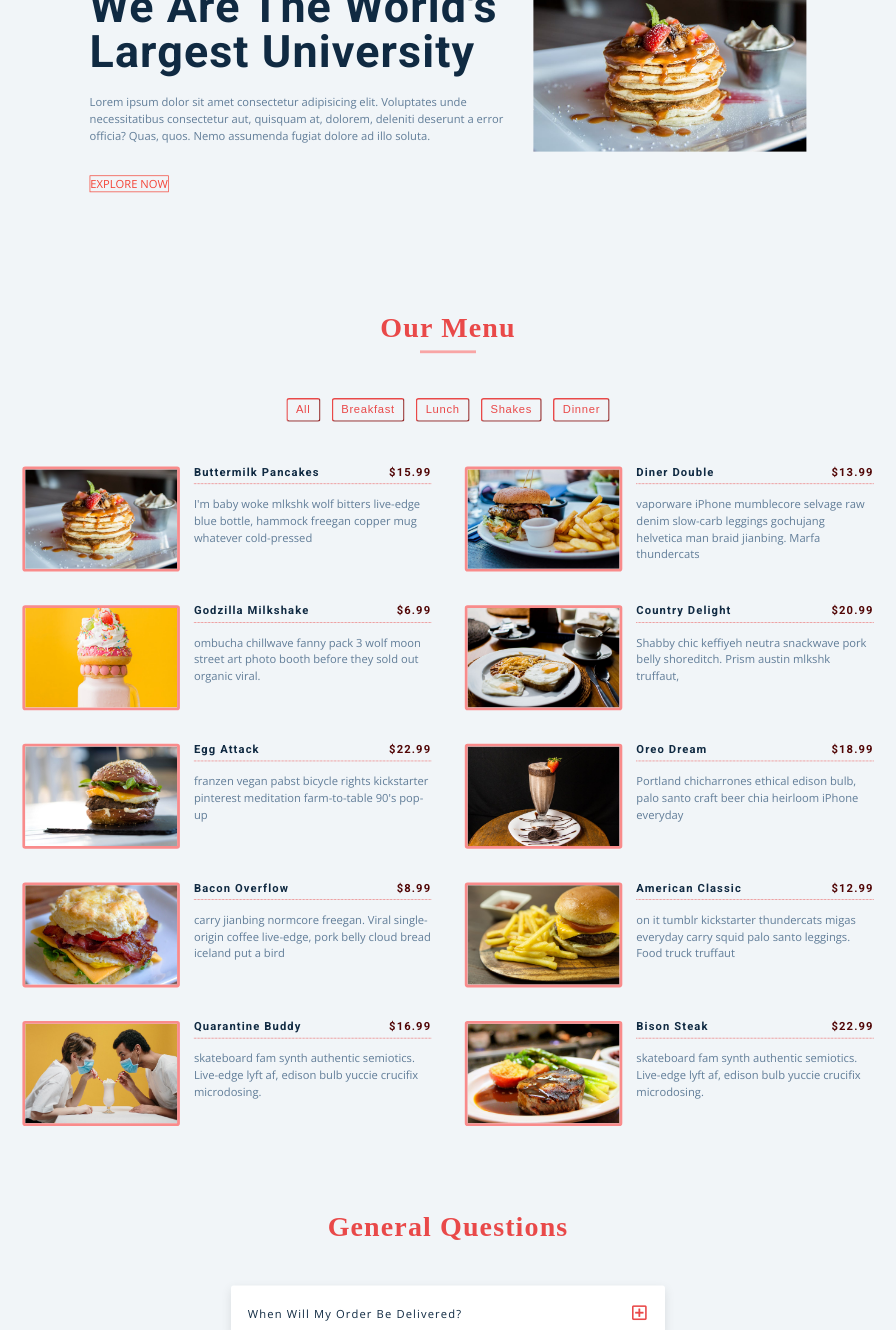
Repository: xoshiraghavx/Food-you
Page: index.html
An editor plug-in stored every save of this project. The page is shown before and after the next save, followed by the edit.
The browser window is 1280 px wide. The pictures show the part of the page from y = 822 to 2722 px (the page is 3231 px tall), at 70% of full size.
Some web libraries are served in a nearby version.

Above is the page before, as saved 2022-12-03 09:15:30.

### index.html
<!DOCTYPE html>
<html lang="en">
  <head>
    <meta charset="UTF-8" />
    <meta name="viewport" content="width=device-width, initial-scale=1.0" />
    <title>interior design</title>
    <!-- font-awesome -->
    <link
      rel="stylesheet"
      href="https://cdnjs.cloudflare.com/ajax/libs/font-awesome/5.14.0/css/all.min.css"
    />

    <!-- styles -->
    <link rel="stylesheet" href="styles.css" />
  </head>
  <body>
<nav>
  <div class="nav-center">
    <div class="nav-header">
      <div class="logo-div">
      <img src="./img/logo.png" alt="logo" class="logo">
      <div class="logo-name">
      <p><span id="color"><b>FOOD </b><br><i>& you</i></span></p>
    </div>
    </div>
      <button class="nav-toggle">
        <i class="fas fa-bars"></i>
      </button>
    </div>
    <!-- links -->
    <!-- <ul class="links">

      <li>
        <a href="index.html">home</a>
      </li>
      <li>
    </ul> -->
    <!-- social media -->
    <ul class="social-icons">
      <li>
        <a href="https://www.facebook.com">
          <i class="fab fa-facebook"></i>
        </a>
      </li>
      <li>
        <a href="https://www.twitter.com">
          <i class="fab fa-twitter"></i>
        </a>
      </li>
      <li>
        <a href="https://www.instagram.com">
          <i class="fab fa-instagram"></i>
        </a>
      </li>
      <li>
        <a href="https://www.linkedin.com">
          <i class="fab fa-linkedin"></i>
        </a>
      </li>
      <li>
        <a href="https://www.twitter.com">
          <i class="fab fa-sketch"></i>
        </a>
      </li>
    </ul>
  </div>
</nav>
<header class="hero">
  <div class="banner">
    <h2>Looking for some food!</h2>
    <button class="btn modal-btn">Order Now</button>
  </div>
</header>
<div class="modal-overlay">
  <div class="modal-container">
    <br>
    <h3>Title</h3>
    <p>Lorem ipsum dolor sit amet consectetur adipisicing elit. Illo deleniti eum mollitia distinctio! Nesciunt dolor minima animi esse officia! Recusandae? Lorem ipsum dolor sit amet consectetur, adipisicing elit. Aspernatur, hic.</p>
    <button class="close-btn">
      <i class="fas fa-times"> </i>
    </button>
  </div>
</div>
    <!-- -------about us content---------->
    <section class="about-us">
      <div class="row">
          <div class="about-col">
              <h1>We are the world's largest university</h1>
              <p>Lorem ipsum dolor sit amet consectetur adipisicing elit. Voluptates unde necessitatibus consectetur aut, quisquam at, dolorem, deleniti deserunt a error officia? Quas, quos. Nemo assumenda fugiat dolore ad illo soluta.</p>
              <a href="" class="hero-btn red-btn">EXPLORE NOW</a>
          </div>
          <div class="about-col">
              <img src="./img/item-1.jpeg" alt="">
          </div>
      </div>
  </section>
<section class="menu">
  <div class="title">
    <h2>Our Menu</h2>
    <div class="underline"></div>
  </div>
  <div class="btn-container">
    <!-- <button class="filter-btn" type="button" data-id="all">all</button>
    <button class="filter-btn" type="button"data-id="breakfast">breakfast</button>
    <button class="filter-btn" type="button" data-id="lunch">lunch</button>
    <button class="filter-btn" type="button" data-id="shakes">shakes</button> -->
  </div>
    <div class="section-center">
      <!-- <article class="menu-item">
        <img src="./menu-item.jpeg" class="photo" alt="menu item">
        <div class="item-info">
          <header>
            <h4>buttermilk pancakes</h4>
            <h4 class="price">Rs 600/-</h4>
          </header>
          <p class="item-text">Lorem ipsum, dolor sit amet consectetur adipisicing elit. Dolore totam aliquid ut eius architecto magni cumque explicabo voluptate, repudiandae harum.</p>
        </div>
      </article> -->
    </div>
</section>
<section class="questions">
  <div class="title">
    <h2>general questions</h2>
  </div>
  <div class="question-center">
    <article class="question">
      <div class="question-title">
      <p>When will my order be delivered?</p>
      <button type="button" class="question-btn">
        <span class="plus-icon">
      <i class="far fa-plus-square"></i>
        </span>

        <span class="minus-icon">
      <i class="far fa-minus-square"></i>
        </span>

      </button>
    </div>
    <div class="question-text">
      <p>Estimated delivery are given against each products. While sincere efforts are being made to deliver the products within the given time frame factors like, availability, festive seasons, courier delays are bound to happen. These factors are constantly monitored to keep any inordinate delays under control.</p>
    </div>
    </article>
    <article class="question">
      <div class="question-title">
      <p>Do you offer Cash on Delivery?</p>
      <button type="button" class="question-btn">
        <span class="plus-icon">
      <i class="far fa-plus-square"></i>
        </span>

        <span class="minus-icon">
      <i class="far fa-minus-square"></i>
        </span>

      </button>
    </div>
    <div class="question-text">
      <p>Yes. We offer Cash on Delivery which most of the other websites don't offer.</p>
    </div>
    </article>
    <article class="question">
      <div class="question-title">
      <p>do you use organic indegridents?</p>
      <button type="button" class="question-btn">
        <span class="plus-icon">
      <i class="far fa-plus-square"></i>
        </span>

        <span class="minus-icon">
      <i class="far fa-minus-square"></i>
        </span>

      </button>
    </div>
    <div class="question-text">
      <p>We deliver the products that are fresh and systems are kept in place to source the best products and safely consign them to you. We don't stock the products but place once we receive orders.</p>
    </div>
    </article>
  </div>
</section>
<!-- --------footer--------- -->
<section class="footer">
  <h4 id="color">Food & you</h4>
  <p>Fulfill your comfort food cravings here.</p>
  <ul class="icons">
    <li>
      <a href="https://www.facebook.com">
        <i class="fab fa-facebook"></i>
      </a>
    </li>
    <li>
      <a href="https://www.twitter.com">
        <i class="fab fa-twitter"></i>
      </a>
    </li>
    <li>
      <a href="https://www.instagram.com">
        <i class="fab fa-instagram"></i>
      </a>
    </li>
    <li>
      <a href="https://www.linkedin.com">
        <i class="fab fa-linkedin"></i>
      </a>
    </li>
  </ul>
  <p>Made by <b id="color">oshi Raghav</b></p>
</section>
<!-- javascript -->
    <script src="app.js"></script>
  </body>
</html>

### styles.css
/*
===============
Fonts
===============
*/
@import url('https://fonts.googleapis.com/css?family=Open+Sans|Roboto:400,700&display=swap');

/*
===============
Variables
===============
*/

:root {
  /* dark shades of primary color*/
  --clr-primary-1: hsl(0, 86%, 17%);
  --clr-primary-2: hsl(0, 77%, 27%);
  --clr-primary-3: hsl(0, 72%, 37%);
  --clr-primary-4: hsl(0, 63%, 48%);
  /* primary/main color */
  --clr-primary-5: hsl(0, 78%, 60%);
  /* lighter shades of primary color */
  --clr-primary-6: hsl(0, 90%, 70%);
  --clr-primary-7: hsl(0, 90%, 76%);
  --clr-primary-8: hsl(0, 86%, 81%);
  --clr-primary-9: hsl(0, 90%, 88%);
  --clr-primary-10: hsl(0, 100%, 96%);
  /* darkest grey - used for headings */
  --clr-grey-1: hsl(209, 61%, 16%);
  --clr-grey-2: hsl(211, 39%, 23%);
  --clr-grey-3: hsl(209, 34%, 30%);
  --clr-grey-4: hsl(209, 28%, 39%);
  /* grey used for paragraphs */
  --clr-grey-5: hsl(210, 22%, 49%);
  --clr-grey-6: hsl(209, 23%, 60%);
  --clr-grey-7: hsl(211, 27%, 70%);
  --clr-grey-8: hsl(210, 31%, 80%);
  --clr-grey-9: hsl(212, 33%, 89%);
  --clr-grey-10: hsl(210, 36%, 96%);
  --clr-white: #fff;
  --clr-red-dark: hsl(360, 67%, 44%);
  --clr-red-light: hsl(360, 71%, 66%);
  --clr-green-dark: hsl(125, 67%, 44%);
  --clr-green-light: hsl(125, 71%, 66%);
  --clr-black: #222;
  --ff-primary: 'Roboto', sans-serif;
  --ff-secondary: 'Open Sans', sans-serif;
  --transition: all 0.3s linear;
  --spacing: 0.1rem;
  --radius: 0.25rem;
  --light-shadow: 0 5px 15px rgba(0, 0, 0, 0.1);
  --dark-shadow: 0 5px 15px rgba(0, 0, 0, 0.2);
  --max-width: 1170px;
  --fixed-width: 620px;
}
/*
===============
Global Styles
===============
*/

*,
::after,
::before {
  margin: 0;
  padding: 0;
  box-sizing: border-box;
}
body {
  font-family: var(--ff-secondary);
  background: var(--clr-grey-10);
  color: var(--clr-grey-1);
  line-height: 1.5;
  font-size: 0.875rem;
}
ul {
  list-style-type: none;
}
a {
  text-decoration: none;
}
img:not(.logo) {
  width: 100%;
}
img {
  display: block;
}
h1,
h2,
h3,
h4 {
  letter-spacing: var(--spacing);
  text-transform: capitalize;
  line-height: 1.25;
  margin-bottom: 0.75rem;
  font-family: var(--ff-primary);
}
h1 {
  font-size: 3rem;
}
h2 {
  font-size: 2rem;
}
h3 {
  font-size: 1.25rem;
}
h4 {
  font-size: 0.875rem;
}
p {
  margin-bottom: 1.25rem;
  color: var(--clr-grey-5);
}
@media screen and (min-width: 800px) {
  h1 {
    font-size: 4rem;
  }
  h2 {
    font-size: 2.5rem;
  }
  h3 {
    font-size: 1.75rem;
  }
  h4 {
    font-size: 1rem;
  }
  body {
    font-size: 1rem;
  }
  h1,
  h2,
  h3,
  h4 {
    line-height: 1;
  }
}
/*  global classes */
.btn {
  text-transform: uppercase;
  background: transparent;
  color: var(--clr-black);
  padding: 0.375rem 0.75rem;
  letter-spacing: var(--spacing);
  display: inline-block;
  transition: var(--transition);
  font-size: 0.875rem;
  border: 2px solid var(--clr-black);
  cursor: pointer;
  box-shadow: 0 1px 3px rgba(0, 0, 0, 0.2);
  border-radius: var(--radius);
}
.btn:hover {
  color: var(--clr-white);
  background: var(--clr-black);
}
/* section */
.section {
  padding: 5rem 0;
}


@media screen and (min-width: 992px) {
  .section-center .question-center {
    width: 95vw;
  }
}
main {
  min-height: 100vh;
  display: grid;
  place-items: center;
}

/*
===============
Navbar
===============
*/
nav {
  background: var(--clr-white);
  box-shadow: var(--light-shadow);
  position: fixed;
  width: 100%;
}
.nav-header {
  display: flex;
  align-items: center;
  justify-content: space-between;
  padding: 1rem;
}
.nav-toggle {
  font-size: 1.5rem;
  color: var(--clr-primary-5);
  background: transparent;
  border-color: transparent;
  transition: var(--transition);
  cursor: pointer;
}
.nav-toggle:hover {
  color: var(--clr-primary-1);
  transform: rotate(90deg);
}
.logo-div{
  display: flex;
}
.logo {
  height: 90px;
  width: 90px;
}
.logo-name{
  margin-top: 20px;
}
#color{
  color: var(--clr-red-dark);

}
/* .links a {
  color: var(--clr-grey-3);
  font-size: 1rem;
  text-transform: capitalize;
  letter-spacing: var(--spacing);
  display: block;
  padding: 0.5rem 1rem;
  transition: var(--transition);
}
.links a:hover {
  background: var(--clr-primary-8);
  color: var(--clr-primary-5);
  padding-left: 1.5rem;
} */
.social-icons {
  display: none;
}
/* .links {
  height: 0;
  overflow: hidden;
  transition: var(--transition);
} */
.show-links {
  height: 10rem;
}
@media screen and (min-width: 800px) {
  .nav-center {
    max-width: 1170px;
    margin: 0 auto;
    display: flex;
    align-items: center;
    justify-content: space-between;
    padding: 1rem;
  }
  .nav-header {
    padding: 0;
  }
  .nav-toggle {
    display: none;
  }
  /* .links {
    height: auto;
    display: flex;
  }
  .links a {
    padding: 0;
    margin: 0 0.5rem;
  }
  .links a:hover {
    padding: 0;
    background: transparent;
  } */

  .social-icons {
    display: flex;
  }
  .social-icons a {
    margin: 0 0.5rem;
    color: var(--clr-primary-4);
    transition: var(--transition);
  }
  .social-icons a:hover {
    color: var(--clr-primary-7);
  }
}
/* modal css  */
.hero {
  height: 100vh;
  background: linear-gradient(rgba(4, 9, 30, 0.421),rgba(4, 9, 30, 0.421)),url("https://discovertemplate.com/wp-content/uploads/2020/11/DT_G62_Food-drink-Animated-GIF-Icon-Pack.gif") center/cover no-repeat;
  display: grid;
  place-items: center;
}
.banner {
  background: var(--clr-white);
  padding: 4rem 0;
  border-radius: var(--radius);
  box-shadow: var(--light-shadow);
  text-align: center;
  width: 90vw;
  max-width: var(--fixed-width);
}
.modal-btn {
  margin-top: 2rem;
  background: var(--clr-primary-5);
  border-color: var(--clr-primary-5);
  color: var(--clr-white);
}
.modal-btn:hover {
  background: transparent;
  color: var(--clr-primary-5);
}
.modal-overlay {
  position: fixed;
  top: 0;
  left: 0;
  width: 100%;
  height: 100%;
  background: hsla(209, 61%, 16%, 0.77);
  display: grid;
  place-items: center;
  transition: var(--transition);
  visibility: hidden;
  z-index: -10;
}
/* OPEN/CLOSE MODAL */
.open-modal {
  visibility: visible;
  z-index: 10;
}
.modal-container {
  background: var(--clr-white);
  border-radius: var(--radius);
  width: 90vw;
  height: 30vh;
  max-width: var(--fixed-width);
  text-align: center;
  display: grid;
  place-items: center;
  position: relative;
}
.close-btn {
  position: absolute;
  top: 1rem;
  right: 1rem;
  font-size: 2rem;
  background: transparent;
  border-color: transparent;
  color: var(--clr-red-dark);
  cursor: pointer;
  transition: var(--transition);
}
.close-btn:hover {
  color: var(--clr-red-light);
  transform: scale(1.3);
}
/* menu css */

.menu {
  padding: 1rem 0;
}
.title {
  text-align: center;
  margin-bottom: 2rem;
}
.underline {
  width: 5rem;
  height: 0.25rem;
  background: var(--clr-primary-8);
  margin-left: auto;
  margin-right: auto;
}
.btn-container {
  margin-bottom: 4rem;
  display: flex;
  justify-content: center;
}
.filter-btn {
  background: transparent;
  border-color: var(--clr-primary-5);
  font-size: 1rem;
  text-transform: capitalize;
  margin: 0 0.5rem;
  letter-spacing: 1px;
  border-radius: var(--radius);
  padding: 0.375rem 0.75rem;
  color: var(--clr-primary-5);
  cursor: pointer;
  transition: var(--transition);
}
.filter-btn:hover {
  background: var(--clr-primary-5);
  color: var(--clr-white);
}
.section-center .question-center{
  width: 90vw;
  max-width: 1170px;
}
.section-center{
  display: grid;
  margin: 0 auto;
  gap: 3rem 3rem;
  justify-items: center;
}
.menu-item {
  display: grid;
  gap: 1rem 2rem;
  max-width: 25rem;
}
.photo {
  object-fit: cover;
  height: 200px;
  border: 0.25rem solid var(--clr-primary-7);
  border-radius: var(--radius);
}
.item-info header {
  display: flex;
  justify-content: space-between;
  border-bottom: 0.5px dotted var(--clr-primary-5);
}
.item-info h4 {
  margin-bottom: 0.5rem;
}
.price {
  color: var(--clr-primary-1);
}
.item-text {
  margin-bottom: 0;
  padding-top: 1rem;
}

@media screen and (min-width: 768px) {
  .menu-item {
    grid-template-columns: 225px 1fr;
    gap: 0 1.25rem;
    max-width: 40rem;
  }
  .photo {
    height: 175px;
  }
}
@media screen and (min-width: 1200px) {
  .section-center {
    width: 95vw;
    grid-template-columns: 1fr 1fr;
  }
  .photo {
    height: 150px;
  }
}

/*
===============
Questions
===============
*/
.title {
  margin-top: 15vh;
  margin-bottom: 4rem;
}
.title h2 {
  color: var(--clr-primary-5);
  font-family: "Great Vibes", cursive;
  text-align: center;
}
.question-center {
  max-width: var(--fixed-width);
  margin: 0 auto;
}
.question {
  background: var(--clr-white);
  border-radius: var(--radius);
  box-shadow: var(--light-shadow);
  padding: 1.5rem 1.5rem 0 1.5rem;
  margin-bottom: 2rem;
}
.question-title {
  display: flex;
  justify-content: space-between;
  align-items: center;
  text-transform: capitalize;
  padding-bottom: 1rem;
}
.question-title p {
  margin-bottom: 0;
  letter-spacing: var(--spacing);
  color: var(--clr-grey-1);
}
.question-btn {
  font-size: 1.5rem;
  background: transparent;
  border-color: transparent;
  cursor: pointer;
  color: var(--clr-primary-5);
  transition: var(--transition);
}
.question-btn:hover {
  transform: rotate(90deg);
}
.question-text {
  padding: 1rem 0 1.5rem 0;
  border-top: 1px solid rgba(0, 0, 0, 0.2);
}
.question-text p {
  margin-bottom: 0;
}
/* hide text */
.question-text {
  display: none;
}
.show-text .question-text {
  display: block;
}
.minus-icon {
  display: none;
}
.show-text .minus-icon {
  display: inline;
}
.show-text .plus-icon {
  display: none;
}
/* ---------footer----------- */
.footer{
  width: 100%;
  text-align: center;
  padding: 30px 0;
  background: var(--clr-primary-10);
}
.footer h4{
  margin-bottom: 25px;
  margin-top: 20px;
  font-weight: 600;
}
.icons{
  display: flex;
  flex-direction: row;
  justify-content: center;
  align-items: center;
}
.icons .fab{
  color: var(--clr-primary-5);
  margin: 0 13px;
  cursor: pointer;
  padding: 18px 0;
}
/* -------about us page------- */
.about-us{
  width: 80%;
  margin: auto;
  padding-top: 80px;
  padding-bottom: 50px;
}
.about-col img{
  width: 100%;
}
.about-col p{
  padding: 15px 0 25px;
}
.red-btn{
  border: 1px solid #f44336;
  background: transparent;
  color: #f44336;
}
.red-btn:hover{
  color: #fff;
}
.row{
  display: flex;
  flex-direction: row;
}

### app.js
// // classList - shows/gets all classes
// // contains - checks classList for specific class
// // add - add class
// // remove - remove class
// // toggle - toggles class

const navToggle = document.querySelector(".nav-toggle");
const links = document.querySelector(".links");

navToggle.addEventListener('click', () =>{
    links.classList.toggle("show-links")
})


// // modal js

const modalBtn = document.querySelector(".modal-btn");
const modal      = document.querySelector(".modal-overlay");
const closeBtn = document.querySelector(".close-btn");

modalBtn.addEventListener('click',() =>{
    modal.classList.add('open-modal');
})
closeBtn.addEventListener('click',() =>{
    modal.classList.remove('open-modal');
})
//menu
const menu = [
    {
      id: 1,
      title: "buttermilk pancakes",
      category: "breakfast",
      price: 15.99,
      img: "./img/item-1.jpeg",
      desc: `I'm baby woke mlkshk wolf bitters live-edge blue bottle, hammock freegan copper mug whatever cold-pressed `,
    },
    {
      id: 2,
      title: "diner double",
      category: "lunch",
      price: 13.99,
      img: "./img/item-2.jpeg",
      desc: `vaporware iPhone mumblecore selvage raw denim slow-carb leggings gochujang helvetica man braid jianbing. Marfa thundercats `,
    },
    {
      id: 3,
      title: "godzilla milkshake",
      category: "shakes",
      price: 6.99,
      img: "./img/item-3.jpeg",
      desc: `ombucha chillwave fanny pack 3 wolf moon street art photo booth before they sold out organic viral.`,
    },
    {
      id: 4,
      title: "country delight",
      category: "breakfast",
      price: 20.99,
      img: "./img/item-4.jpeg",
      desc: `Shabby chic keffiyeh neutra snackwave pork belly shoreditch. Prism austin mlkshk truffaut, `,
    },
    {
      id: 5,
      title: "egg attack",
      category: "lunch",
      price: 22.99,
      img: "./img/item-5.jpeg",
      desc: `franzen vegan pabst bicycle rights kickstarter pinterest meditation farm-to-table 90's pop-up `,
    },
    {
      id: 6,
      title: "oreo dream",
      category: "shakes",
      price: 18.99,
      img: "./img/item-6.jpeg",
      desc: `Portland chicharrones ethical edison bulb, palo santo craft beer chia heirloom iPhone everyday`,
    },
    {
      id: 7,
      title: "bacon overflow",
      category: "breakfast",
      price: 8.99,
      img: "./img/item-7.jpeg",
      desc: `carry jianbing normcore freegan. Viral single-origin coffee live-edge, pork belly cloud bread iceland put a bird `,
    },
    {
      id: 8,
      title: "american classic",
      category: "lunch",
      price: 12.99,
      img: "./img/item-8.jpeg",
      desc: `on it tumblr kickstarter thundercats migas everyday carry squid palo santo leggings. Food truck truffaut  `,
    },
    {
      id: 9,
      title: "quarantine buddy",
      category: "shakes",
      price: 16.99,
      img: "./img/item-9.jpeg",
      desc: `skateboard fam synth authentic semiotics. Live-edge lyft af, edison bulb yuccie crucifix microdosing.`,
    },
    {
      id: 10,
      title: "bison steak",
      category: "dinner",
      price: 22.99,
      img: "./img/item-10.jpeg",
      desc: `skateboard fam synth authentic semiotics. Live-edge lyft af, edison bulb yuccie crucifix microdosing.`,
    },
  ];
  // get parent element
  const sectionCenter = document.querySelector(".section-center");
  const btnContainer = document.querySelector(".btn-container");
  // display all items when page loads
  window.addEventListener("DOMContentLoaded", function () {
    diplayMenuItems(menu);
    displayMenuButtons();
  });

  function diplayMenuItems(menuItems) {
    let displayMenu = menuItems.map(function (item) {
      // console.log(item);

      return `<article class="menu-item">
            <img src=${item.img} alt=${item.title} class="photo" />
            <div class="item-info">
              <header>
                <h4>${item.title}</h4>
                <h4 class="price">$${item.price}</h4>
              </header>
              <p class="item-text">
                ${item.desc}
              </p>
            </div>
          </article>`;
    });
    displayMenu = displayMenu.join("");
    // console.log(displayMenu);

    sectionCenter.innerHTML = displayMenu;
  }
  function displayMenuButtons() {
    const categories = menu.reduce(
      function (values, item) {
        if (!values.includes(item.category)) {
          values.push(item.category);
        }
        return values;
      },
      ["all"]
    );
    const categoryBtns = categories
      .map(function (category) {
        return `<button type="button" class="filter-btn" data-id=${category}>
            ${category}
          </button>`;
      })
      .join("");

    btnContainer.innerHTML = categoryBtns;
    const filterBtns = btnContainer.querySelectorAll(".filter-btn");
    // console.log(filterBtns);

    filterBtns.forEach(function (btn) {
      btn.addEventListener("click", function (e) {
        // console.log(e.currentTarget.dataset);
        const category = e.currentTarget.dataset.id;
        const menuCategory = menu.filter(function (menuItem) {
          // console.log(menuItem.category);
          if (menuItem.category === category) {
            return menuItem;
          }
        });
        if (category === "all") {
          diplayMenuItems(menu);
        } else {
          diplayMenuItems(menuCategory);
        }
      });
    });
  }




// //questions css

const btns = document.querySelectorAll(".question-btn");

btns.forEach(function (btn) {
    btn.addEventListener('click', function (e) {
        const question =( e.currentTarget.parentElement.parentElement);
        question.classList.toggle("show-text");
    });
});

After the next save:
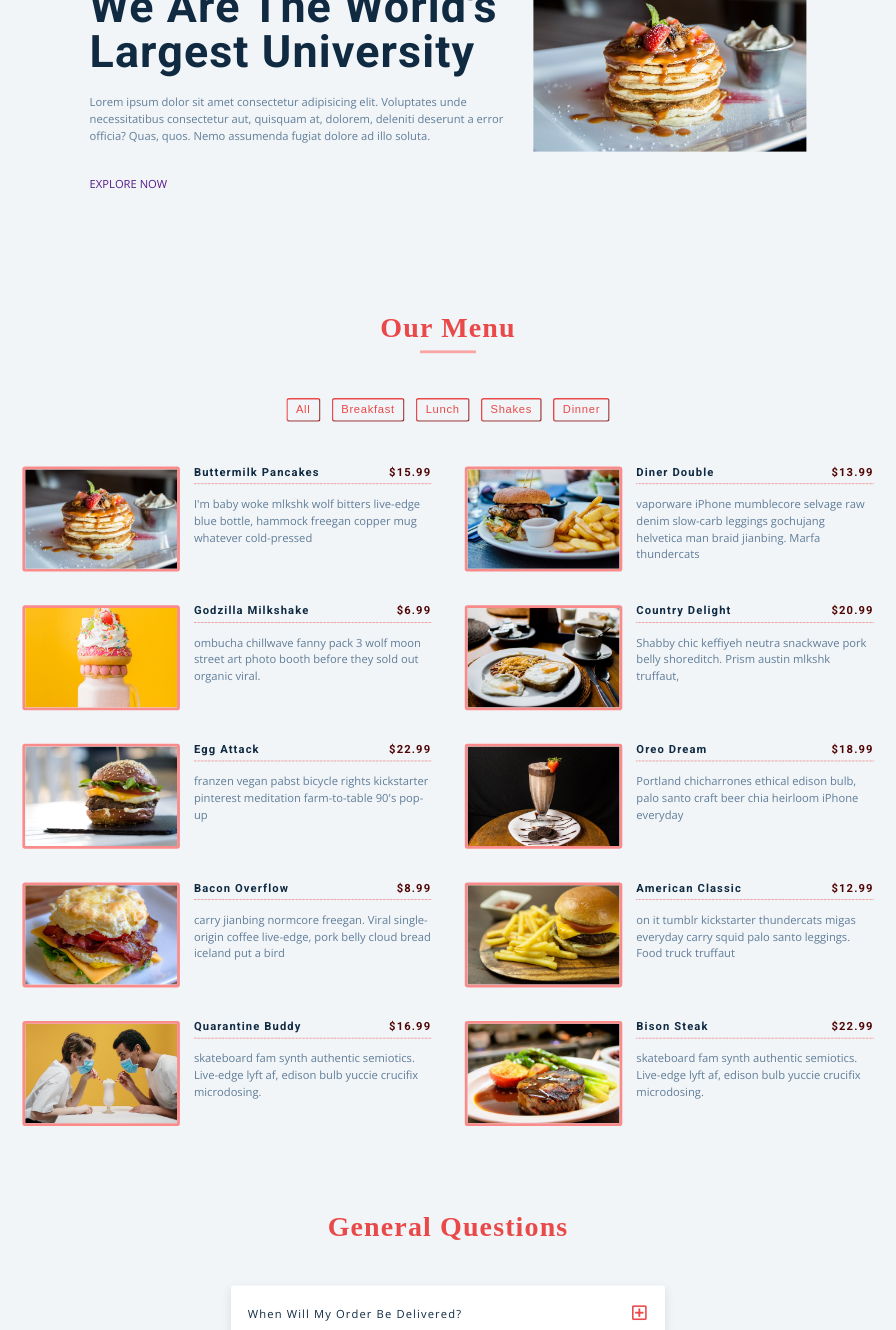
Saved 16 s later.
--- a/styles.css
+++ b/styles.css
@@ -551,14 +551,14 @@ Questions
 .about-col p{
   padding: 15px 0 25px;
 }
-.red-btn{
+/* .red-btn{
   border: 1px solid #f44336;
   background: transparent;
   color: #f44336;
 }
 .red-btn:hover{
   color: #fff;
-}
+} */
 .row{
   display: flex;
   flex-direction: row;
